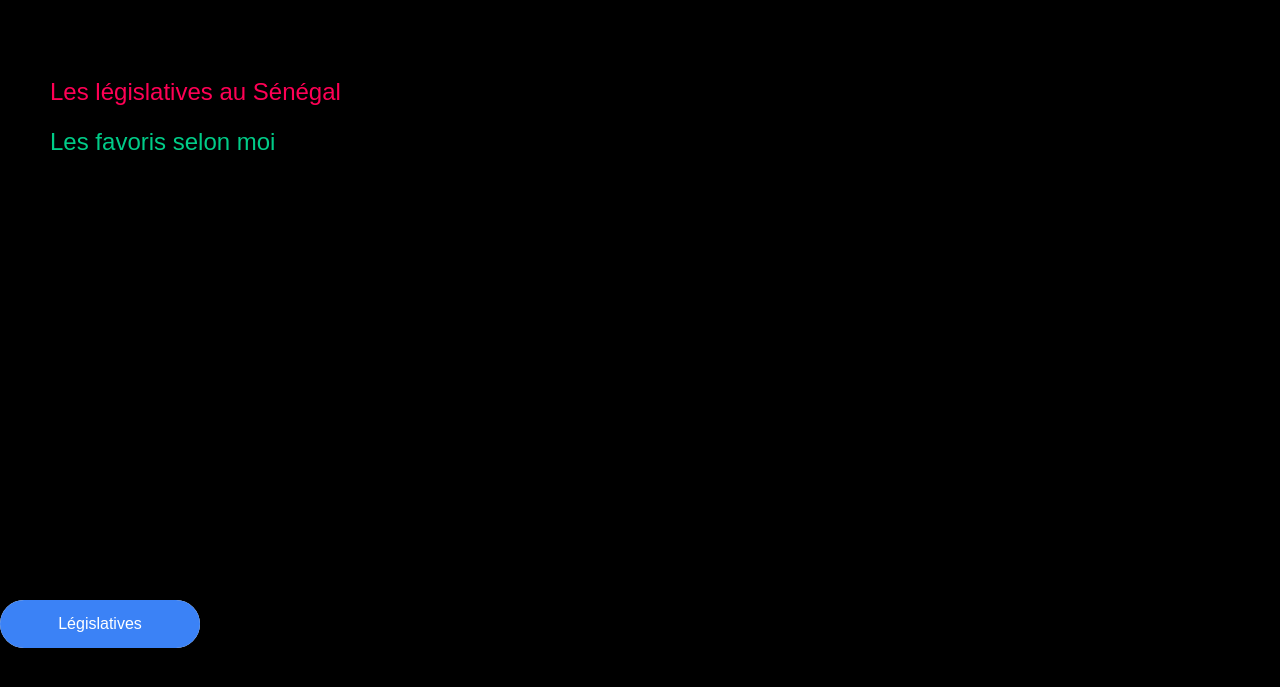
Repository: MDiouf9/legislatives
Page: /
These files come from the project's save history. The page is drawn as it stood at one moment and after the next save; the edit follows.
The browser window is 1280 px wide. The pictures show the whole page.
The project was rebuilt for these pictures with package versions that can differ from the ones it lists, and the page was loaded fresh each time. The framework's server and built-in components were replaced by stand-ins that run in the browser. Also part of the build but not shown: next.config.ts.

Above is the page before, as saved 2024-10-31 23:25:26.

### src/app/layout.tsx
import type { Metadata } from "next";
import localFont from "next/font/local";
import "./globals.css";


const geistSans = localFont({
  src: "./fonts/GeistVF.woff",
  variable: "--font-geist-sans",
  weight: "100 900",
});
const geistMono = localFont({
  src: "./fonts/GeistMonoVF.woff",
  variable: "--font-geist-mono",
  weight: "100 900",
});

export const metadata: Metadata = {
  title: "Legislatives 2024",
  description: " Pour mettre en avant les legislatives ",
};

export default function RootLayout({
  children,
}: Readonly<{
  children: React.ReactNode;
}>) {
  return (
    <html lang="en">
      <body
        className={`${geistSans.variable} ${geistMono.variable} antialiased`}
      >
        {children}
      </body>
    </html>
  );
}

### src/app/page.tsx
"use client"

import { div } from "framer-motion/client"
import { Boutton } from "./Composants/Boutton"
import Text from "./Composants/Text";


export default function Page() {
  return (


<div >

    <Text />
    <Boutton />

</div>

   )
}

### src/app/globals.css
@tailwind base;
@tailwind components;
@tailwind utilities;

/* :root {
  --background: #ffffff;
  --foreground: #171717;
}

@media (prefers-color-scheme: dark) {
  :root {
    --background: #0a0a0a;
    --foreground: #ededed;
  }
} */

body {
  /* color: var(--foreground);*/
  background: black;
  font-family: Arial, Helvetica, sans-serif;
}

### src/app/Composants/Boutton.tsx
import React, { useState } from 'react';
import { AnimatePresence, motion } from 'framer-motion';
import { X } from 'lucide-react';

interface Logo {
  id: number;
  src: string;
  photo: string;
  shadowColor: string; // Ajout de la couleur d'ombre personnalisée
}

const logos: Logo[] = [
  {
    id: 1,
    src: '/pastef.jpg',
    photo: '/soko.jpg',
    shadowColor: 'rgba(59, 130, 246, 0.5)' // Bleu
  },
  {
    id: 2,
    src: '/jame.jpg',
    photo: '/amaba.jpg',
    shadowColor: 'rgba(16, 185, 129, 0.5)' // Vert
  },
  {
    id: 3,
    src: '/samekadu.jpg',
    photo: '/bandit.jpg',
    shadowColor: 'rgba(236, 72, 153, 0.5)' // Rose
  }
];

export const Boutton = () => {
  const [isRevealed, setIsRevealed] = useState(false);
  const [selectedLogo, setSelectedLogo] = useState<Logo | null>(null);

  const containerVariants = {
    initial: { width: '200px', borderRadius: '9999px' },
    revealed: { width: '100%', borderRadius: '16px', transition: { duration: 0.5, ease: 'easeInOut' } }
  };

  const logoVariants = {
    initial: { opacity: 0, x: -20 },
    revealed: { opacity: 1, x: 0, transition: { duration: 0.3 } }
  };

  const imageVariants = {
    initial: {
      opacity: 0,
      scale: 0.9,
      boxShadow: '0 0 0 rgba(0,0,0,0)'
    },
    revealed: {
      opacity: 1,
      scale: 1,
      boxShadow: '0 8px 32px', // L'ombre sera définie dynamiquement
      transition: {
        duration: 0.3,
        boxShadow: { duration: 0.4 }
      }
    },
    exit: {
      opacity: 0,
      scale: 0.9,
      boxShadow: '0 0 0 rgba(0,0,0,0)',
      transition: { duration: 0.2 }
    }
  };

  const toggleRevealed = () => {
    setIsRevealed(!isRevealed);
    setSelectedLogo(null);
  };

  const handleLogoClick = (logo: Logo) => {
    if (selectedLogo?.id === logo.id) {
      setSelectedLogo(null);
    } else {
      setSelectedLogo(logo);
    }
  };

  return (
    <div className="relative flex flex-col gap-4">
      <AnimatePresence mode="wait">
        {selectedLogo && (
          <motion.div
            key={selectedLogo.id}
            initial="initial"
            animate="revealed"
            exit="exit"
            variants={imageVariants}
            style={{
              boxShadow: `0 8px 32px ${selectedLogo.shadowColor}`
            }}
            className="w-full rounded-lg overflow-hidden"
          >
            <motion.img
              src={selectedLogo.photo}
              alt="Selected logo"
              className="w-full h-48 object-cover"
              layoutId={`photo-${selectedLogo.id}`}
            />
          </motion.div>
        )}
      </AnimatePresence>

      <motion.div
        className='bg-white shadow-lg rounded-full overflow-hidden'
        initial="initial"
        animate={isRevealed ? 'revealed' : 'initial'}
        variants={containerVariants}
      >
        {!isRevealed ? (
          <motion.button
            onClick={toggleRevealed}
            className="px-6 py-3 bg-blue-500 text-white w-full flex items-center justify-center"
            whileHover={{ scale: 1.05 }}
            whileTap={{ scale: 0.95 }}
          >
            Législatives
          </motion.button>
        ) : (
          <motion.div
            className='flex items-center space-x-4 p-4'
            initial="initial"
            animate="revealed"
            variants={logoVariants}
          >
            {logos.map((logo) => (
              <motion.div
                key={logo.id}
                onClick={() => handleLogoClick(logo)}
                className={`relative cursor-pointer transition-transform duration-200 ${
                  selectedLogo?.id === logo.id ? 'scale-110' : ''
                }`}
                whileHover={{ scale: 1.05 }}
                whileTap={{ scale: 0.95 }}
              >
                <motion.div
                  className="rounded-full"
                  style={{
                    boxShadow: selectedLogo?.id === logo.id
                      ? `0 0 12px ${logo.shadowColor}`
                      : 'none'
                  }}
                >
                  <img
                    src={logo.src}
                    alt="logo parties"
                    className='w-10 h-10 rounded-full object-cover'
                  />
                </motion.div>
              </motion.div>
            ))}
            <motion.button
              onClick={toggleRevealed}
              className="ml-auto bg-red-500 text-white p-2 rounded-full"
              whileHover={{ scale: 1.1 }}
              whileTap={{ scale: 0.95 }}
            >
              <X />
            </motion.button>
          </motion.div>
        )}
      </motion.div>
    </div>
  );
};

### src/app/Composants/Text.tsx
import React from "react";
import { motion, Variants } from "framer-motion";

// Définition des propriétés du composant AnimatedText
interface AnimatedTextProps {
  text: string;
  x: number;
  y: number;
  fontSize?: number;
  fill?: string;
  delay: number;
}

// Variants pour l'animation du texte
const drawText: Variants = {
  hidden: { opacity: 0 },
  visible: (custom: number) => ({
    opacity: 1,
    transition: {
      opacity: { delay: custom, duration: 0.5 },
    },
  }),
};

// Composant AnimatedText avec les props typées
const AnimatedText: React.FC<AnimatedTextProps> = ({ text, x, y, fontSize = 24, fill = "#000", delay }) => (
  <motion.text
    x={x}
    y={y}
    fontSize={fontSize}
    fill={fill}
    variants={drawText}
    custom={delay}
    initial="hidden"
    animate="visible"
  >
    {text}
  </motion.text>
);

// Composant principal Text
const Text: React.FC = () => {
  return (
    <motion.svg
      width="600"
      height="600"
      viewBox="0 0 600 600"
      initial="hidden"
      animate="visible"
    >
      {/* Texte animé : "Les législatives au Sénégal" */}
      <AnimatedText
        text="Les législatives au Sénégal"
        x={50}
        y={100}
        fontSize={24}
        fill="#ff0055"
        delay={1}
      />

      {/* Texte animé : "Les favoris selon moi" */}
      <AnimatedText
        text="Les favoris selon moi"
        x={50}
        y={150}
        fontSize={24}
        fill="#00cc88"
        delay={1.5}
      />
    </motion.svg>
  );
};

export default Text;

Loaded but not shown: tailwind.config.ts (common file)

After the next save:
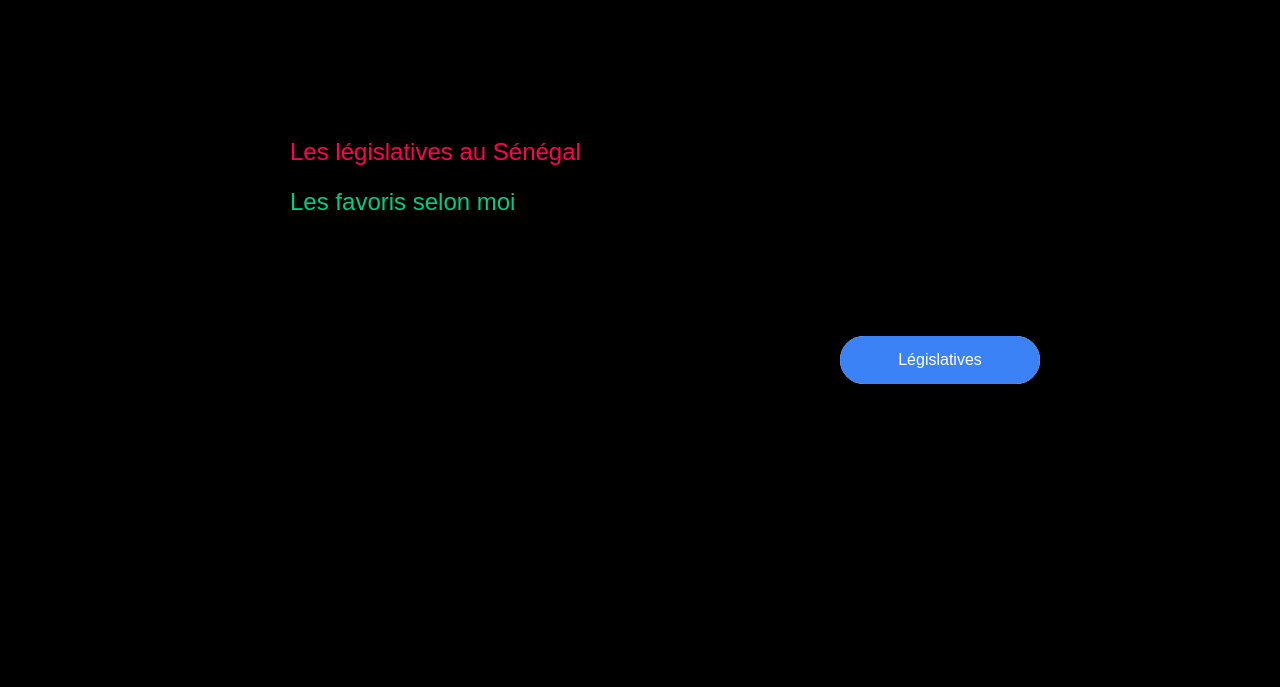
Saved 86 s later.
--- a/src/app/page.tsx
+++ b/src/app/page.tsx
@@ -9,12 +9,19 @@ export default function Page() {
   return (
 
 
-<div >
+  <div className="flex justify-center items-center min-h-screen">
+   <Text/>
+   <div className="max-w-md ">
+   {/* <button
+  type="button"
+  className="text-white bg-gradient-to-r from-green-600 via-yellow-500 to-red-600 hover:bg-gradient-to-br focus:ring-4 focus:outline-none focus:ring-yellow-300 dark:focus:ring-yellow-800 shadow-lg shadow-yellow-500/50 dark:shadow-lg dark:shadow-yellow-800/80 font-medium rounded-lg text-sm px-5 py-2.5 text-center me-2 mb-2"
+>
+  Legislatives
 
-    <Text />
-    <Boutton />
+</button> */}
+<Boutton/>
+   </div>
 
-</div>
-
+  </div>
    )
 }
